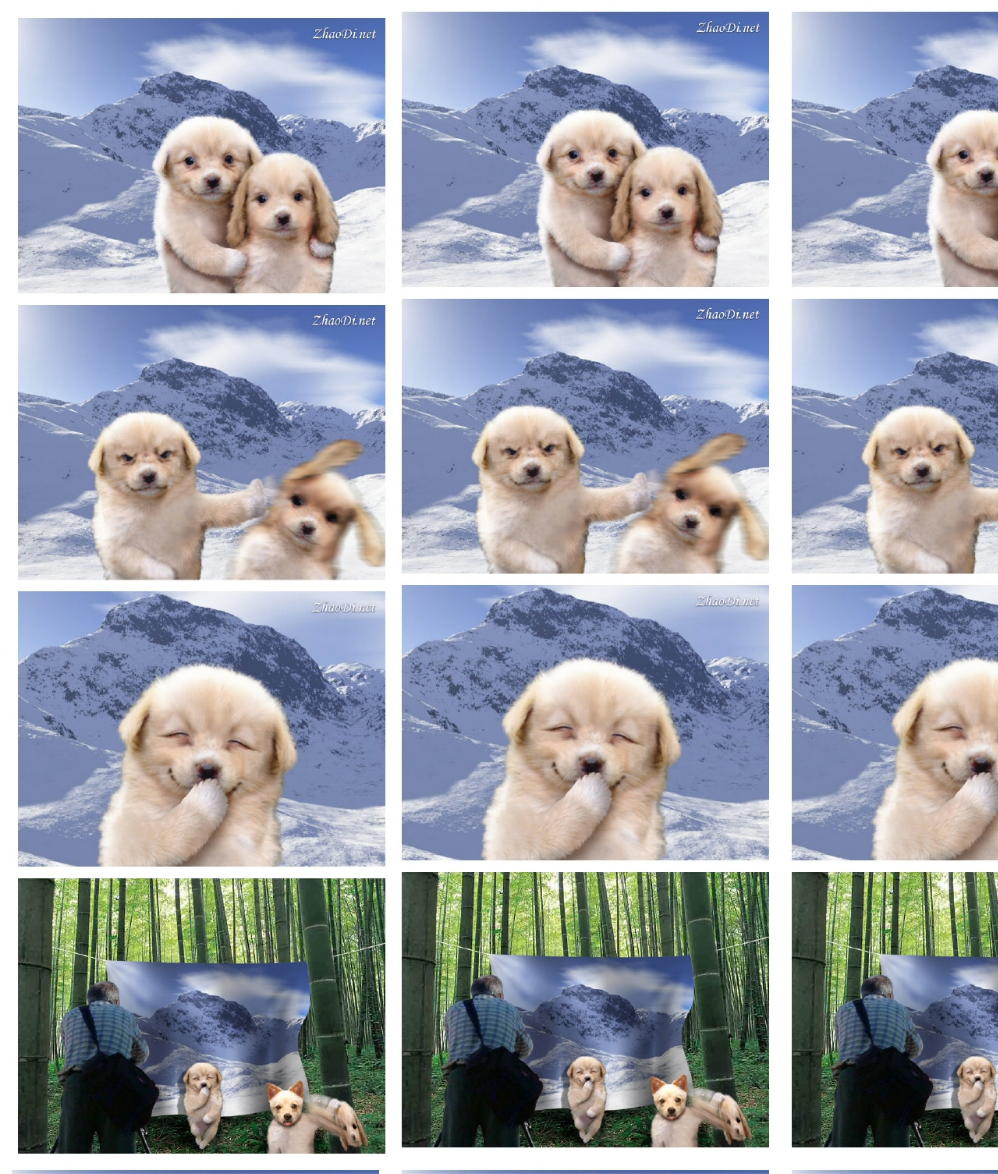
Repository: suhong99/htmlLecture
Page: cssSample2/src/main/webapp/index.html
These files come from the project's save history. The page is drawn as it stood at one moment and after the next save; the edit follows.
The browser window is 1280 px wide. The pictures show the whole page, at 78% of full size.

Above is the page before, as saved 2023-06-22 01:21:17.

### cssSample2/src/main/webapp/index.html
<!DOCTYPE html>
<html>
<head>
<meta charset="UTF-8">
<title>Insert title here</title>
<style>
body {
	background-color : white;
	background-image: url("개죽이.jpg");
}
</style>
</head>
<body>
<img alt="dd" src="개죽이.jpg">


</body>
</html>

After the next save:
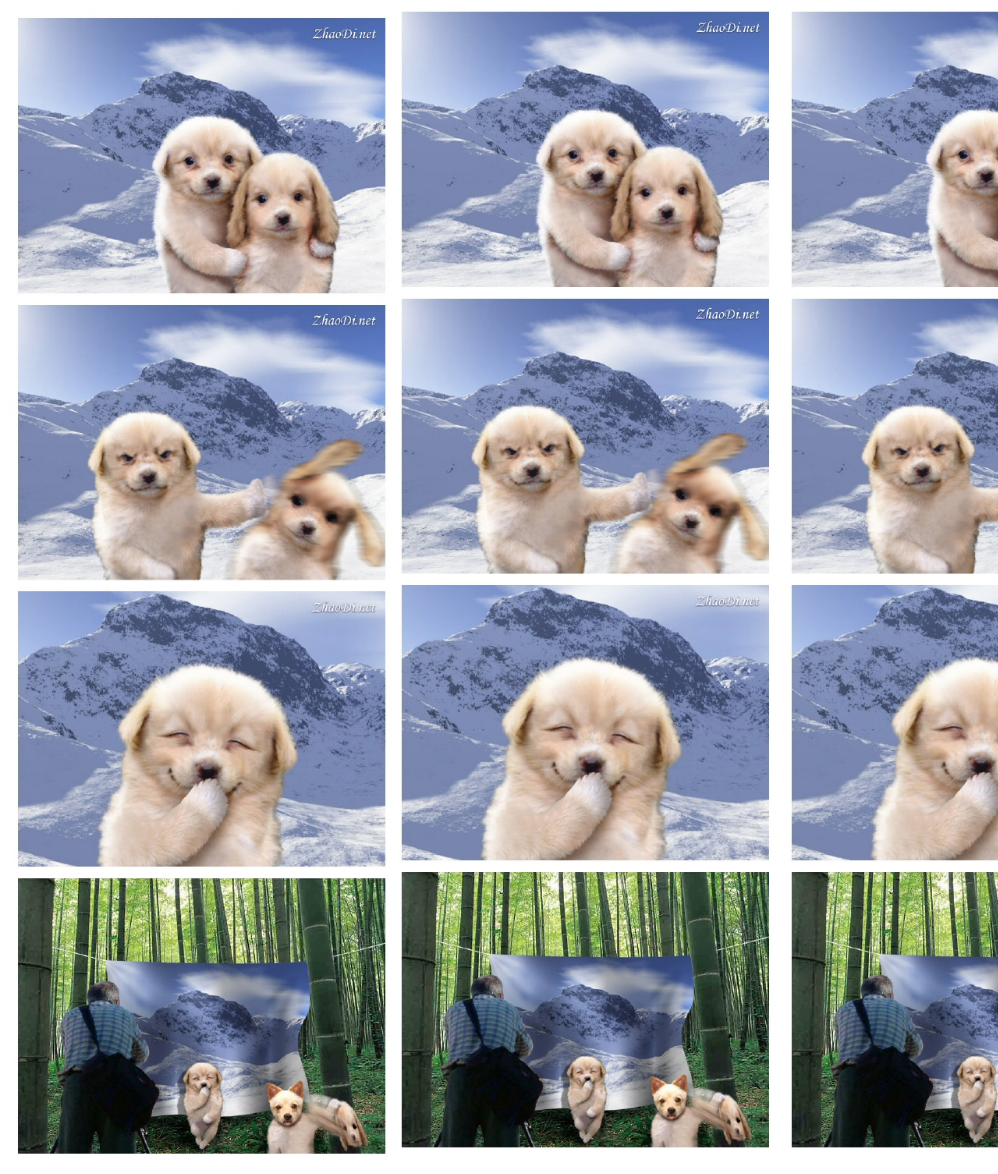
Saved 46 s later.
--- a/cssSample2/src/main/webapp/index.html
+++ b/cssSample2/src/main/webapp/index.html
@@ -7,6 +7,7 @@
 body {
 	background-color : white;
 	background-image: url("개죽이.jpg");
+	background-repeat: repeat-x;
 }
 </style>
 </head>
